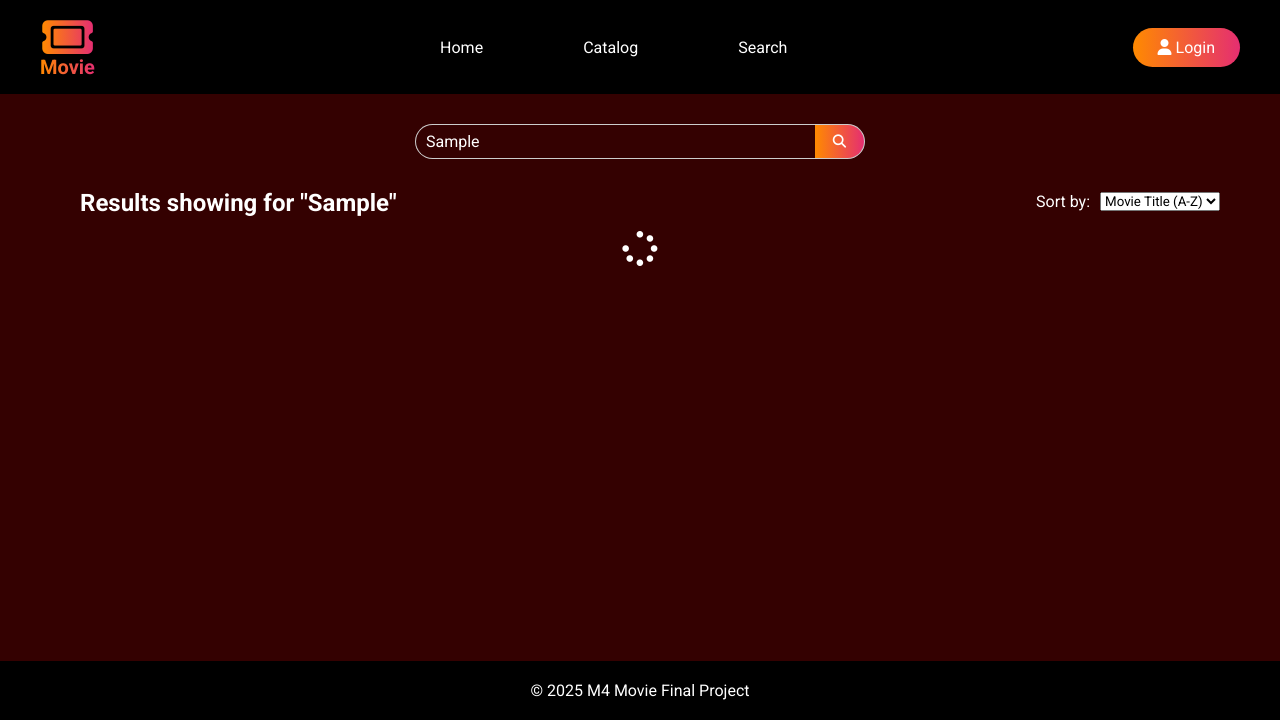
Repository: avivanguyen/m4_movie-FinalProject
Page: index.html
The author's editor kept a copy of each file at every save. The page is drawn from the files as they stood at one save, then again after the next save.
The browser window is 1280 px wide. The pictures show the whole page.
Empty fields were first filled with sample values (such as "Sample", 5 or name@example.com).
After loading, the first visible `#search-input` was changed once.
The page's requests for data from a server got no answer. Some web libraries are served in a nearby version.

Above is the page before, as saved 2025-12-30 08:26:39.

### index.html
<!DOCTYPE html>
<html lang="en">
<head>
    <meta charset="UTF-8">
    <meta name="viewport" content="width=device-width, initial-scale=1.0">
    <title>M4 Movie Final Project</title>
    <link rel="stylesheet" href="styles.css">
    <script src="script.js" defer></script>
    <script src="https://kit.fontawesome.com/2588cf0bac.js" crossorigin="anonymous"></script>
</head>
<body>
    <nav>
        <div class="logo">
            <i class="fa-solid fa-ticket logo__ticket"></i>
            <h1 class="logo__title">Movie</h1>
        </div>
        <ul class="nav-links">
            <li><a href="#">Home</a></li>
            <li><a href="#">Catalog</a></li>
            <li><a href="#">Search</a></li>
        </ul>
        <div class="login">
            <button>
                <a href="#">
                    <i class="fa-solid fa-user login__icon"></i>
                    <span class="login__text">Login</span>
                </a>
            </button>
        </div>
    </nav>
    <main>
        <section class="search-section">
            <input type="text" id="search-input" placeholder="Search for a movie..." onchange="onSearchMovie(event)">
            <button id="search-button"><i class="fa-solid fa-magnifying-glass"></i></button>
        </section>
        <section class="results__section">
            <div id="results__container">
                <div class="breadcrumb">
                    <h2>Results showing for "<span id="search-term">Movie Name</span>"</h2>
                </div>
                <div class="sort">
                    <label for="sort-select">Sort by:</label>
                    <select id="sort-select" onchange="onSortChange(event)">
                        <option value="title-default">   </option>
                        <option value="title-ascending">Movie Title (A-Z)</option>
                        <option value="title-descending">Movie Title (Z-A)</option>
                    </select>
                </div>
                <div class="loading hidden">
                    <i class="fa fa-spinner fa-spin"></i>
                </div>
                <div class="movie">
                    <div class="movie-card hidden">
                        <div class="movie-card__container" onclick="toggleModal()">
                            <div class="movie__poster">
                                <img src="./assets/movie_poster-placeholder.png" alt="">
                            </div>
                            <div class="movie__title">Movie Title</div>
                            <div class="movie__year">20XX</div>
                        </div>
                    </div>
                    <!-- <div class="movie-card">
                        <div class="movie-card__container" onclick="toggleModal()">
                            <div class="movie__poster">
                                <img src="./assets/movie_poster-placeholder.png" alt="">
                            </div>
                            <div class="movie__title">Movie Title</div>
                            <div class="movie__year">20XX</div>
                        </div>
                    </div>
                    <div class="movie-card">
                        <div class="movie-card__container" onclick="toggleModal()">
                            <div class="movie__poster">
                                <img src="./assets/movie_poster-placeholder.png" alt="">
                            </div>
                            <div class="movie__title">Movie Title</div>
                            <div class="movie__year">20XX</div>
                        </div>
                    </div>
                    <div class="movie-card">
                        <div class="movie-card__container" onclick="toggleModal()">
                            <div class="movie__poster">
                                <img src="./assets/movie_poster-placeholder.png" alt="">
                            </div>
                            <div class="movie__title">Movie Title</div>
                            <div class="movie__year">20XX</div>
                        </div>
                    </div>
                    <div class="movie-card">
                        <div class="movie-card__container" onclick="toggleModal()">
                            <div class="movie__poster">
                                <img src="./assets/movie_poster-placeholder.png" alt="">
                            </div>
                            <div class="movie__title">Movie Title</div>
                            <div class="movie__year">20XX</div>
                        </div>
                    </div>
                    <div class="movie-card">
                        <div class="movie-card__container" onclick="toggleModal()">
                            <div class="movie__poster">
                                <img src="./assets/movie_poster-placeholder.png" alt="">
                            </div>
                            <div class="movie__title">Movie Title</div>
                            <div class="movie__year">20XX</div>
                        </div>
                    </div> -->
                </div>
            </div>
        </section>
        <div class="modal">
            <div class="modal__half modal__poster">
                <figure>
                    <img src="./assets/movie_poster-placeholder.png" alt="">
                </figure>
            </div>
            <div class="modal__half modal__description">
                <h2 class="modal__title">Movie Title</h2>
                <p class="modal__year">20XX</p>
                <p class="modal__plot">Lorem ipsum dolor sit amet, consectetur adipiscing elit. Sed do eiusmod tempor incididunt ut labore et dolore magna aliqua.</p>
                <ul class="modal__details">
                    <li><strong>Director:</strong> Director Name</li>
                    <li><strong>Actors:</strong> Actor 1, Actor 2, Actor 3</li>
                    <li><strong>Runtime:</strong> XX min</li>
                </ul>
                <button class="watch">Watch Now</button>
            </div>
            <button class="close-button" onclick="toggleModal()">Close</button>
        </div>
    </main>
    <footer>
        <p>&copy; 2025 M4 Movie Final Project</p>
    </footer>
</body>
</html>

### styles.css
@import url('https://fonts.googleapis.com/css2?family=Roboto:ital,wght@0,100..900;1,100..900&display=swap');

* {
    margin: 0;
    padding: 0;
    box-sizing: border-box;
    font-family: 'Roboto', sans-serif;
}

body {
    background-color: #340101;
    min-height: 100vh;
    display: flex;
    flex-direction: column; /*ensures footer stays at bottom*/
}

a {
    text-decoration: none;
}

li {
    list-style: none;
}

.hidden {
    display: none !important;
}

/*
NAVIGATION STYLES
*/
nav {
    display: flex;
    justify-content: space-between;
    align-items: center;
    flex-direction: row;
    background-color: black;
    width: 100%;
    padding: 15px 40px;
}

.logo {
    display: flex;
    align-items: center;
    flex-direction: column;
}

.logo__ticket,
.logo__title {
    background: linear-gradient(90deg, #ff8a00, #e52e71);
    background-clip: text;
    -webkit-background-clip: text;
    -webkit-text-fill-color: transparent;
}

.logo__ticket {
    font-size: 45px;
    margin-bottom: -5px;
}

.logo__title {
    font-size: 20px;
}

.nav-links {
    display: flex;
    flex-direction: row;
    gap: 100px;
}

.nav-links a {
    color: white;
    font-size: 16px;
    transition: color 300ms ease;
}

.nav-links a:hover,
.close-button:hover {
    color: #ff8a00;
}

.login button,
.modal button.watch {
    background: linear-gradient(90deg, #ff8a00, #e52e71);
    border: none;
    padding: 10px 25px;
    border-radius: 50px;
    color: white;
    font-size: 16px;
    cursor: pointer;
    transition: transform 300ms ease;
}
.login button:hover,
.modal button.watch:hover {
    transform: scale(1.1);
}

.login a {
    color: white;
}


/*
SEARCH STYLES
*/
.search-section {
    display: flex;
    justify-content: center;
    align-items: center;
    margin: 30px 0;
}

#search-input {
    width: 400px;
    height: 35px;
    padding: 0 10px;
    font-size: 16px;
    border: 1.5px solid #ccc;
    border-right: none;
    border-radius: 50px 0 0 50px;
    outline: none;
    background-color: transparent;
    color: white;
}

#search-button {
    height: 35px;
    width: 50px;
    outline: none;
    border-radius: 0 50px 50px 0;
    border: 1.5px solid #ccc;
    border-left: none;
    cursor: pointer;
    background: linear-gradient(90deg, #ff8a00, #e52e71);
    transition: all 300ms ease;
    position: relative;
}
#search-button:hover {
    background: transparent;
    border: 2px solid transparent;
    background-image: linear-gradient(#340101, #340101), linear-gradient(90deg, #ff8a00, #e52e71);
    background-origin: border-box;
    background-clip: padding-box, border-box;
}

.search-section #search-button i {
    color: white;
}

/*
LOADING STYLES
*/
.loading {
    justify-content: center;
    align-items: center;
    margin-top: 20px;
    opacity: 1;
    transition: opacity 500ms ease-in-out;
}

.loading:not(.hidden) {
    display: flex;
}

.loading.hidden {
    opacity: 0;
    transition: opacity 500ms ease-in-out 1000ms;
}

.fa-spinner {
    font-size: 35px;
    color: white;
}

/*
RESULTS STYLES
*/
.breadcrumb {
    color: white;
    margin-left: 20px;
    margin-bottom: 40px;
}

.sort label {
    color: white;
    margin-right: 10px;
}

.sort {
    display: flex;
    justify-content: flex-end;
    align-items: center;
    margin-top: -65px;
}

.results__section {
    margin: 0 60px;
}

.movie {
    width: 100%;
    height: auto;
    padding: 0 80px;
    margin-top: 20px;
    display: flex;
    flex-direction: row;
    flex-wrap: wrap;
    justify-content: center;
}

.movie-card {
    cursor: pointer;
    margin: 15px;
    width: 200px; /*makes sure all cards are same size and that the text doesn't overflow*/
    display: flex;
    flex-direction: row;
    flex-wrap: wrap;
    justify-content: center;
    transition: transform 300ms ease;
}
.movie-card:hover {
    transform: scale(1.05);
    background-color: #4d0d0d;
    border-radius: 8px;
    box-shadow: 0 6px 12px #4d0d0d;
}

.movie-card__container {
    padding: 4px 18px;
}

.movie__poster img {
    width: 200px;
    height: 300px;
    box-shadow: 0 4px 8px rgba(0, 0, 0, 0.2);
}

.movie__title,
.movie__year {
    color: white;
    text-align: center;
    margin-top: 2px;
}

/*
MODAL STYLES
*/
.modal {
    display: flex;
    position: fixed;
    top: 50%;
    left: 50%;
    transform: translate(-50%, -50%);
    width: 90%;
    max-width: 1100px;
    background-color: #4b3434;
    box-shadow: 0 6px 12px #4d0d0d;
    visibility: hidden;
    transition: visibility 400ms, z-index 300ms ease;
}

.modal--open .modal {
    display: flex;
    z-index: 50;
    box-shadow: 0 6px 12px #4d0d0d;
    visibility: visible;
}

.modal__half {
    display: flex;
    flex-direction: column;
    justify-content: center;
    position: relative;
}

.modal__poster img {
    width: 100%;
}

.modal__description {
    padding: 80px;
    color: white;
    line-height: 2.5;
}

.watch {
    margin-top: auto;
    width: 50%;
    display: flex;
    justify-content: center;
    align-items: center;
    margin-left: 100px;
}

.close-button {
    position: absolute;
    top: 15px;
    right: 30px;
    font-size: 20px;
    color: white;
    cursor: pointer;
    background-color: transparent;
    border: none;
}

/*
FOOTER STYLES
*/
footer {
    text-align: center;
    padding: 20px 0;
    background-color: black;
    color: white;
    margin-top: auto;
}


/*
RESPONSIVE STYLES
*/
@media (max-width: 768px) {
    .nav-links {
            gap: 75px;
        }

    #search-input {
        width: 300px;
    }

    .movie-card {
        margin: 15px;
    }

    .modal__description {
        padding: 40px;
        line-height: 2;
    }

    .modal__details {
        margin-bottom: 15px;
    }

    .close-button {
        font-size: 18px;
    }
}

@media (max-width: 480px) {
    nav {
        padding: 8px 20px;
    }
    .nav-links {
        gap: 50px;
    }

    .login__text {
        display: none;
    }
    .login button {
        padding: 10px;
    }

    .breadcrumb {
        margin-bottom: 8px;
    }

    .sort {
        margin-top: 0px;
        margin-left: 20px;
        display: flex;
        flex-direction: column;
        align-items: flex-start;
    }

    .movie-card {
        margin: 8px;
    }
    .movie__poster img {
        width: 150px;
        height: auto;
    }
    .movie__title, .movie__year {
        font-size: 20px;
    }

    .results__section {
        margin: 0 20px;
    }
    .movie {
        padding: 0;
    }

    .modal {
        flex-direction: column;
    }
    .modal__description {
        padding: 18px;
        line-height: 1.8;
    }
    .modal__poster {
        display: flex;
        justify-content: center;
        align-items: center;
        text-align: center;
    }
    .modal__poster img {
        width: 50%;
    }
}

### script.js
//API key: 5aa2e87d
//base URL: https://www.omdbapi.com/?apikey=5aa2e87d&s=MOVIE_NAME_HERE

//Modal functionality
let isModalOpen = false;
let originalMovieOrder = []; // Store the original order from API

function toggleModal() {
  if (isModalOpen) {
    isModalOpen = !isModalOpen;
    return document.body.classList.remove("modal--open");
  }
  isModalOpen = true;
  document.body.classList += " modal--open";
}

//Search functionality
async function onSearchMovie(event) {
  const searchMovie = event.target.value;

  if (!searchMovie) return;

  //breadcrumb
  document.getElementById("search-term").textContent = searchMovie;

  const movieContainer = document.querySelector(".movie");
  const loadingSpinner = document.querySelector(".loading");
  const sortSelect = document.getElementById("sort-select");

  //Filter movie Title A-Z or Z-A
  sortSelect.value = "title-ascending"; // Reset to default on new search
  sortSelect.onchange = function () {
    const movies = Array.from(movieContainer.children);
    movies.sort((a, b) => {
      const titleA = a.querySelector(".movie__title").textContent.toUpperCase();
      const titleB = b.querySelector(".movie__title").textContent.toUpperCase();
      if (this.value === "title-ascending") {
        return titleA < titleB ? -1 : titleA > titleB ? 1 : 0;
      } else {
        return titleA > titleB ? -1 : titleA < titleB ? 1 : 0;
      }
    });
    movieContainer.innerHTML = "";
    movies.forEach((movie) => movieContainer.appendChild(movie));
  };

  loadingSpinner.classList.remove("hidden");

  // Fetch movies from API
  const response = await fetch(
    `https://www.omdbapi.com/?apikey=5aa2e87d&s=${searchMovie}`
  );
  const data = await response.json();

  loadingSpinner.classList.add("hidden");

  if (data.Response === "True") {
    movieContainer.innerHTML = data.Search
    .slice(0, 6) // Limit to first 6 results//
      .map((movie) => movieCardHtml(movie))
      .join("");
  } else {
    movieContainer.innerHTML = `<div class="breadcrumb">
            <h2>Results showing for "<span id="search-term">${searchMovie}</span>"</h2>
        </div>`;
  }
}

//Movie card results
function movieCardHtml(movie) {
  return `
    <div class="movie-card">
        <div class="movie-card__container" onclick="toggleModal()">
            <div class="movie__poster">
                <img src="${
                  movie.Poster !== "N/A"
                    ? movie.Poster
                    : "./assets/movie_poster-placeholder.png"
                }" alt="">
            </div>
            <div class="movie__title">${movie.Title}</div>
            <div class="movie__year">${movie.Year}</div>
        </div>
    </div>`;
}

// //Movie modal results
// async function movieModalHtml(imdbID) {
//   toggleModal();
//   const response = await fetch(
//     `https://www.omdbapi.com/?apikey=5aa2e87d&i=${imdbID}`
//   );
//   const movie = await response.json();

//   document.querySelector(".modal__poster img").src =
//     movie.Poster !== "N/A"
//       ? movie.Poster
//       : "./assets/movie_poster-placeholder.png";
//   document.querySelector(".modal__title").textContent = movie.Title;
//   document.querySelector(".modal__year").textContent = movie.Year;
// }
// function movieModalHtml(movie) {
//   return `
//     <div class="modal">
//             <div class="modal__half modal__poster">
//                 <figure>
//                     <img src="${
//                       movie.Poster !== "N/A"
//                         ? movie.Poster
//                         : "./assets/movie_poster-placeholder.png"
//                     }" alt="">
//                 </figure>
//             </div>
//             <div class="modal__half modal__description">
//                 <h2 class="modal__title">${movie.Title}</h2>
//                 <p class="modal__year">${movie.Year}</p>
//                 <p class="modal__plot">Lorem ipsum dolor sit amet, consectetur adipiscing elit. Sed do eiusmod tempor incididunt ut labore et dolore magna aliqua.</p>
//                 <ul class="modal__details">
//                     <li><strong>Director:</strong> Director Name</li>
//                     <li><strong>Actors:</strong> Actor 1, Actor 2, Actor 3</li>
//                     <li><strong>Runtime:</strong> XX min</li>
//                 </ul>
//                 <button class="watch">Watch Now</button>
//             </div>
//             <button class="close-button" onclick="toggleModal()">Close</button>
//         </div>`;
// }

After the next save:
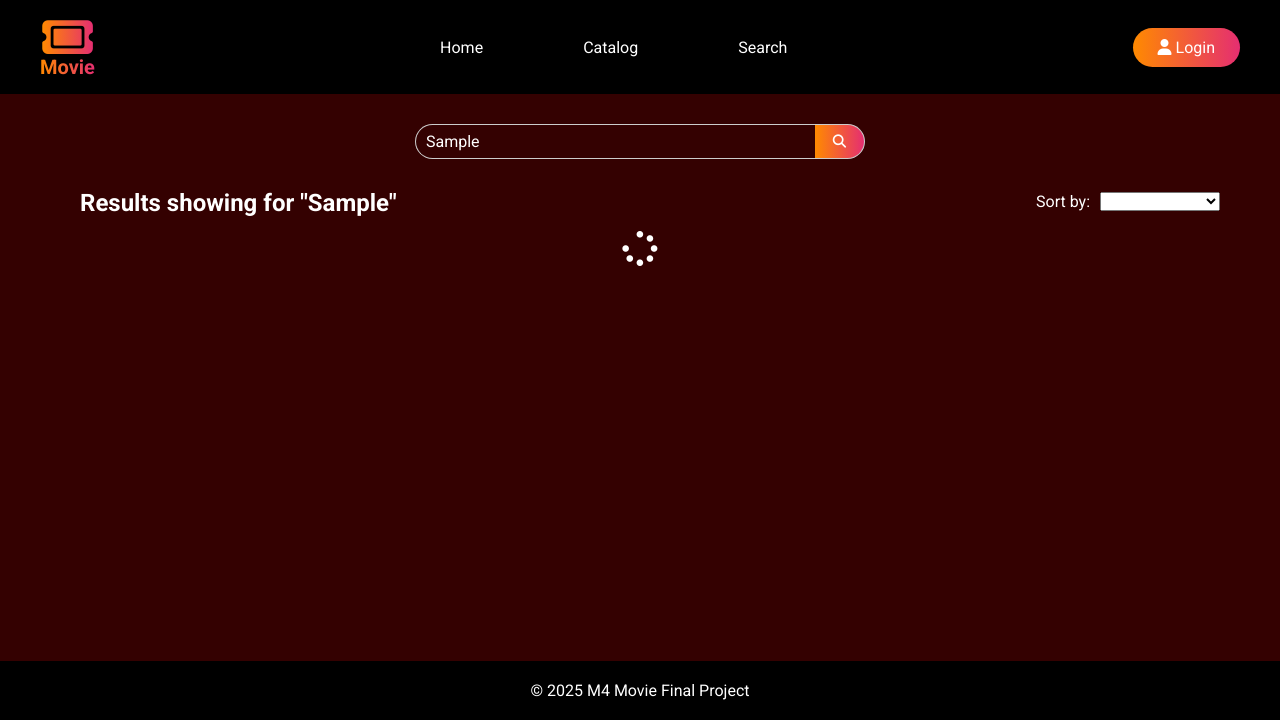
Saved 7 s later.
--- a/script.js
+++ b/script.js
@@ -27,22 +27,8 @@ async function onSearchMovie(event) {
   const loadingSpinner = document.querySelector(".loading");
   const sortSelect = document.getElementById("sort-select");
 
-  //Filter movie Title A-Z or Z-A
-  sortSelect.value = "title-ascending"; // Reset to default on new search
-  sortSelect.onchange = function () {
-    const movies = Array.from(movieContainer.children);
-    movies.sort((a, b) => {
-      const titleA = a.querySelector(".movie__title").textContent.toUpperCase();
-      const titleB = b.querySelector(".movie__title").textContent.toUpperCase();
-      if (this.value === "title-ascending") {
-        return titleA < titleB ? -1 : titleA > titleB ? 1 : 0;
-      } else {
-        return titleA > titleB ? -1 : titleA < titleB ? 1 : 0;
-      }
-    });
-    movieContainer.innerHTML = "";
-    movies.forEach((movie) => movieContainer.appendChild(movie));
-  };
+  // Reset sort to default on new search
+  sortSelect.value = "title-default";
 
   loadingSpinner.classList.remove("hidden");
 
